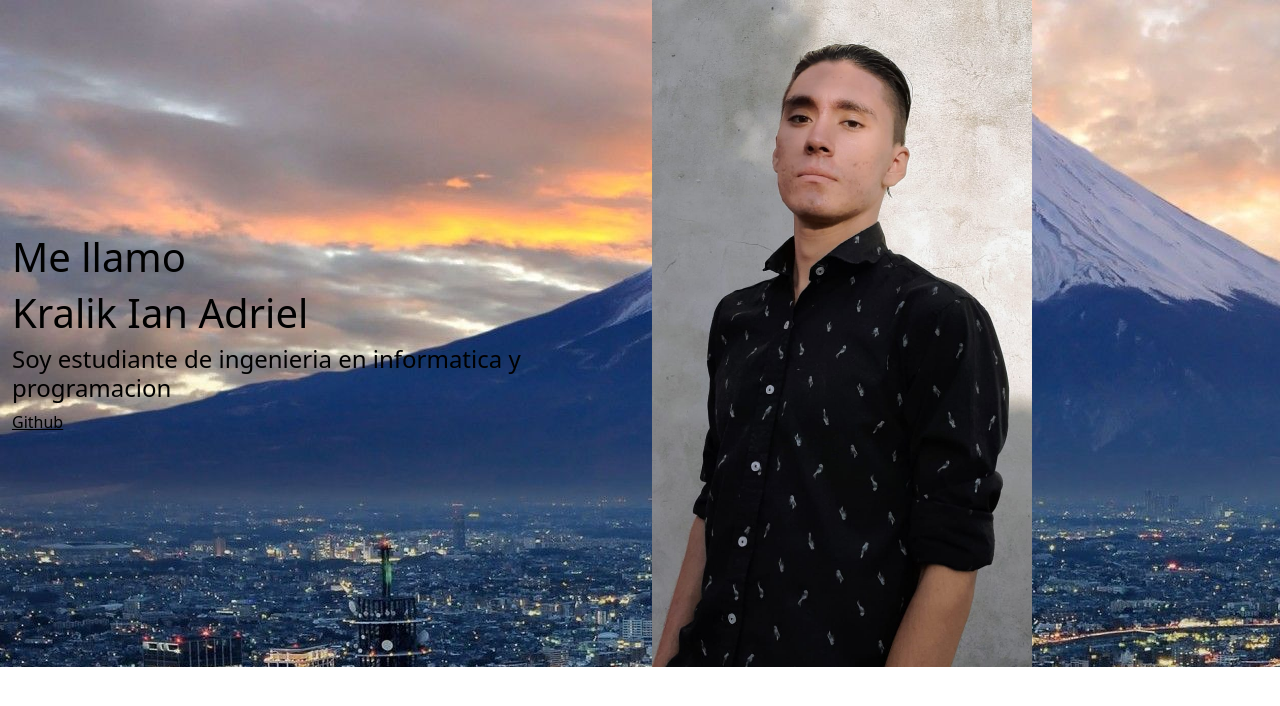
Repository: IanKralik/repositorio-de-prueba
Page: Prueba/index.html
The author's editor kept a copy of each file at every save. The page is drawn from the files as they stood at one save, then again after the next save.
The browser window is 1280 px wide. The pictures show the whole page.

Above is the page before, as saved 2022-12-06 17:22:08.

After the next save:
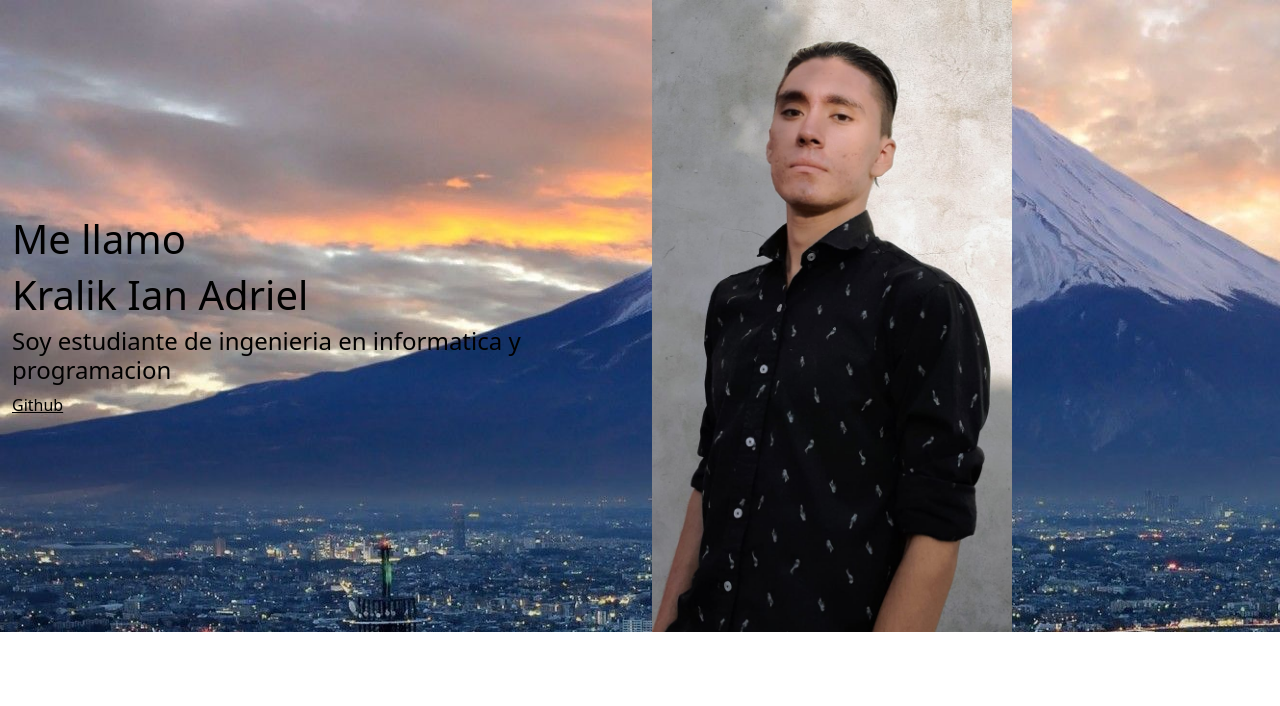
Saved 10 s later.
--- a/Prueba/index.html
+++ b/Prueba/index.html
@@ -27,7 +27,7 @@
                     <a   type="button"  class="color" href="https://github.com/IanKralik">Github</a>
                     </div>
                 <div class="col align-items-end">
-                    <img src="fotoian.jpg" class="img-fluid" alt="Mi foto de perfil" width="380" height="480">
+                    <img src="fotoian.jpg" class="img-fluid" alt="Mi foto de perfil" width="360" height="480">
                 </div>
                 </div>
             </div>
